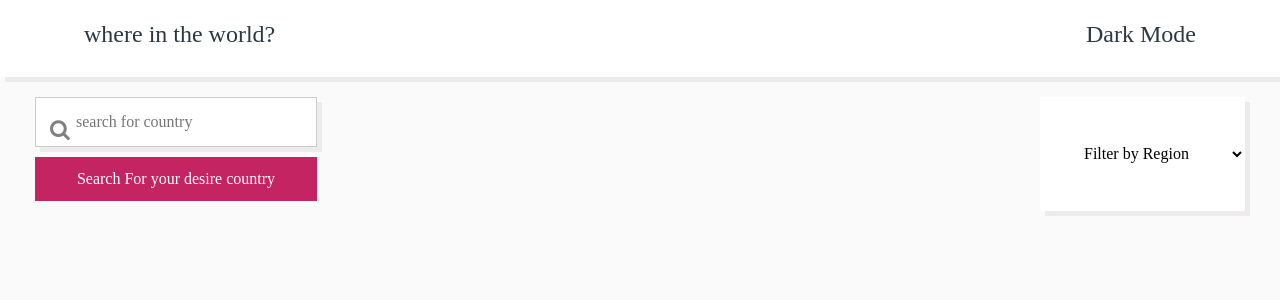
Repository: lamilekan263/countries
Page: /
An editor plug-in stored every save of this project. The page is shown before and after a run of saves, followed by the edit.
The browser window is 1280 px wide. The pictures show the whole page.
The page's requests for data from a server got no answer. The project was rebuilt for these pictures with package versions that can differ from the ones it lists, and the page was loaded fresh each time. No one was signed in, and anything a server would have sent is missing. Also part of the build but not shown: src/components/country/country.css, src/components/country/country.jsx, src/components/selectCountryRegion/selectCountryRegion.component.jsx.

Above is the page before, as saved 2020-07-30 16:37:27.

### src/index.js
import React from 'react';
import ReactDOM from 'react-dom';
import 'bootstrap/dist/css/bootstrap.css'
import App from './App';
import './App.css'

ReactDOM.render(
  <React.StrictMode>
    <App />
  </React.StrictMode>,
  document.getElementById('root')
);

// If you want your app to work offline and load faster, you can change
// unregister() to register() below. Note this comes with some pitfalls.
// Learn more about service workers: https://bit.ly/CRA-PWA
if(module.hot){
  module.hot.accept()
}

### src/App.js
import React, {Component} from 'react';
import NavBar from './components/Navbar/navBar.component'
import CountryList from './components/country-list/country-list.component'
import MyForm from './components/form.component/form.component'

class App extends Component {
  constructor(){
    super();
    this.state={
      countries :[


      ],
      searchValue : ''

      }
  }
    componentDidMount(){
    fetch('https://restcountries.eu/rest/v2/all')
    .then(response => response.json())
    .then(countries => console.log(countries))
  }

  handleCountry = e =>{
    this.setState({searchValue : e.target.value})
    console.log(e)

  }

  render() {
    const {countries, searchValue} = this.state
    const filteredCountries = countries.filter(country => country.name.toLowerCase().includes(searchValue.toLowerCase()))
    return (
      <div>
        <NavBar  />
        <MyForm handleChange ={this.handleCountry}/>
          <CountryList countries = {filteredCountries} />


      </div>
    );
  }
}

export default App;

### src/components/Navbar/navBar.component.jsx
import React  from 'react';
import '../Navbar/navbar.styles.css'
const NavBar = () => {
    return (
        <nav >
            <div className="myContainer" id="nav-flex">
                <div>
                    <h1 >where in the world?</h1>
                </div>
                <div>
                    <h1>Dark Mode</h1>
                </div>
            </div>
        </nav>
     );
}

export default NavBar;

### src/components/country-list/country-list.component.jsx
import React from 'react';
import Country from '../country/country'
import './country-list.styles.css'
const CountryList = props => {
    return (
        <div className="country-list container-fluid">
                    <div className="flex-country">
                        {
                            props.countries.map((country,index) => (
                                    <Country key={ index } country ={country}/>
                                    ))
                                }
                    </div>
        </div>
     );
}

export default CountryList;

### src/components/form.component/form.component.jsx
import React, { useState } from 'react';
import Input from "../input.component/input.component"
import SelectDropDownByRegion from '../selectCountryRegion/selectCountryRegion.component'
import './form.styles.css';




const MyForm =props =>{
    const [text, textState] = useState('')
    const onChange = e => textState(e.target.value);

    const onSubmit = e =>{
        e.preventDefault();

    }

    return(
        <div className="container-fluid">
            <form className="myForm" onSubmit = {onSubmit}>
                <div>
                    <Input onHandleChange={props.handleChange}/>
                    <button>Search For your desire country</button>
                 </div>
                    <select name="Filter by Region">
                        <option value="">Filter by Region</option>
                        <option value="Africa">Africa</option>
                        <option value="Americas">Americas</option>
                        <option value="Asia">Asia</option>
                        <option value="Europe">Europe</option>
                        <option value="Oceania">Oceania</option>
                    </select>
            </form>

        </div>
    );
}


export default MyForm

### src/components/Navbar/navbar.styles.css

nav{
    background-color:white;
    color:hsl(209, 23%, 22%);
    box-shadow: 5px 5px rgb(236, 234, 234);
    /* position: fixed; /* Set the navbar to fixed position */
    /* top: 0px;
    overflow: hidden;
    z-index:1; */
    width:100%;

}

h1{
    font-size:1.5em;
}
#nav-flex{
    display:flex;
    justify-content: space-between;
    padding:20px;
}
.myContainer{
    width:90%;
    margin:0 auto;
    overflow:hidden;
}

### src/components/country-list/country-list.styles.css

.country-list{
    padding:0% 7%;
    margin:150px 0 20px;


}
@media(min-width:750px){
    .flex-country{
        display:flex;
        flex-wrap:wrap;
        justify-content: space-around;
    }
}

### src/components/input.component/input.component.jsx
import React from 'react';

import './input.styles.css'


const Input = props =>(
    <div className="fontuser">
            <input type="text"
                    placeholder="search for country"
                     required />
            <i className="fa fa-search fa-lg" >{props.onHandleChange}</i>
    </div>
)

export default Input;

### src/components/form.component/form.styles.css
.myForm{
    position: relative;
    top:30;
    left:10;
    display: flex;
    justify-content: space-between;
    margin:20px;
}

button{
    margin:10px 0;
    width:100%;
    border: none;
    background-color: rgb(196, 36, 97);
    color:white;
    padding:10px;
}

### src/components/input.component/input.styles.css
input{
    width:100%;
    border:none;
    box-shadow:5px 5px rgb(236, 234, 234);
    padding: 12px 40px;
    display: inline-block;
    border: 1px solid #ccc;
    box-sizing: border-box;
}
input :active{
    border: 1px solid red;

}
i{
    position: absolute;
    left: 15px;
    top: 25px;
    color: gray;
}

### src/components/selectCountryRegion/selectCountryRegion.styles.css
select{
    padding: 12px 40px;
    border: none;
    background-color: #fff;
    box-shadow:5px 5px rgb(236, 234, 234);
}
select ::after{
    padding:10px;
}

Loaded but not shown: public/index.html (common file); src/App.css (common file)

After the next 3 saves:
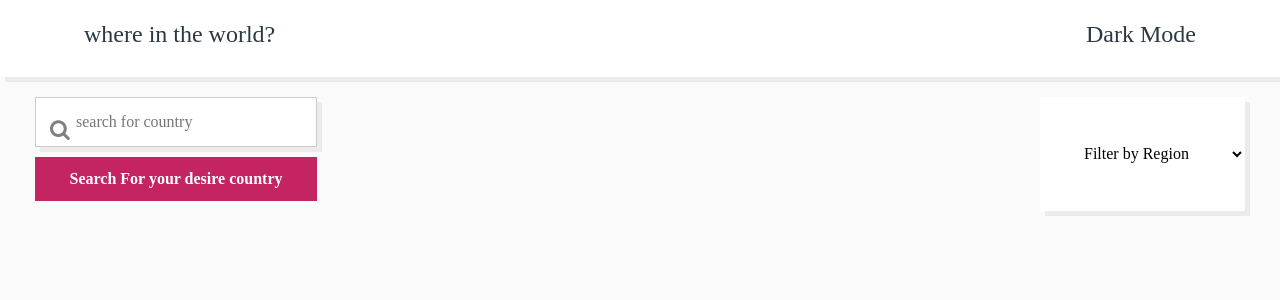
The 3 saves are shown as one change because they came seconds apart.
The last was saved 19 s later.
--- a/src/components/form.component/form.styles.css
+++ b/src/components/form.component/form.styles.css
@@ -14,4 +14,5 @@ button{
     background-color: rgb(196, 36, 97);
     color:white;
     padding:10px;
+    font-weight: 700;
 }
